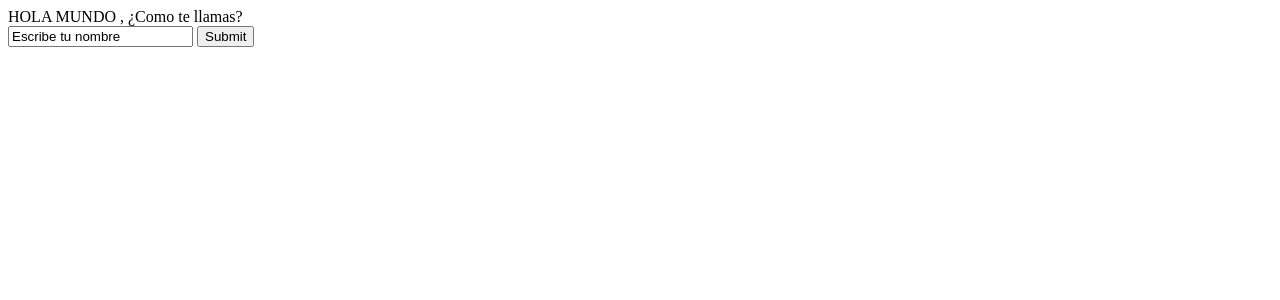
Repository: josevazquez99/DesarrolloWebEnEntornoServidor
Page: HolaMundo/src/main/webapp/index.html
These files come from the project's save history. The page is drawn as it stood at one moment and after the next save; the edit follows.
The browser window is 1280 px wide. The pictures show the whole page.

Above is the page before, as saved 2023-09-28 08:33:48.

### HolaMundo/src/main/webapp/index.html
<!DOCTYPE html>

<html>

<head>

<meta charset="UTF-8">

<title>Insert title here</title>

</head>

<body>

HOLA MUNDO , ¿Como te llamas?


<form action="saluda" method="post">

<input type="text" name="name" value="Escribe tu nombre"></input>

<input type="submit" placeholder="Enviar">

</form>


</body>

</html>

After the next save:
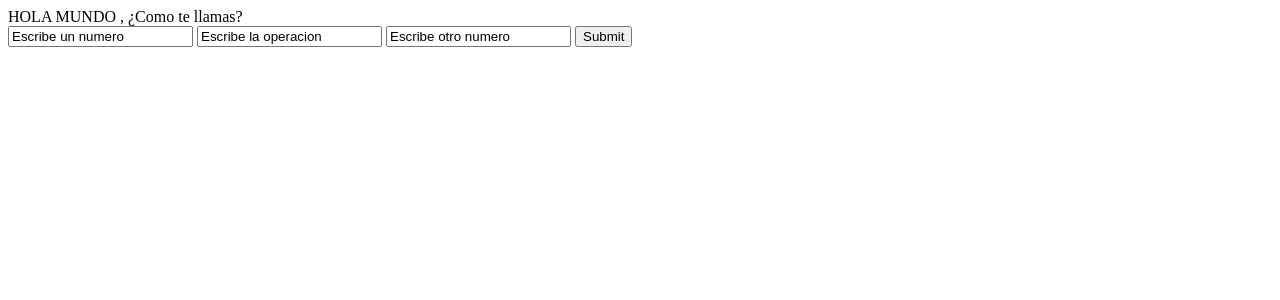
Saved 7 min 59 s later.
--- a/HolaMundo/src/main/webapp/index.html
+++ b/HolaMundo/src/main/webapp/index.html
@@ -17,7 +17,10 @@ HOLA MUNDO , ¿Como te llamas?
 
 <form action="saluda" method="post">
 
-<input type="text" name="name" value="Escribe tu nombre"></input>
+<input type="text" name="name" value="Escribe un numero"></input>
+<input type="text" name="name" value="Escribe la operacion"></input>
+<input type="text" name="name" value="Escribe otro numero"></input>
+
 
 <input type="submit" placeholder="Enviar">
 
